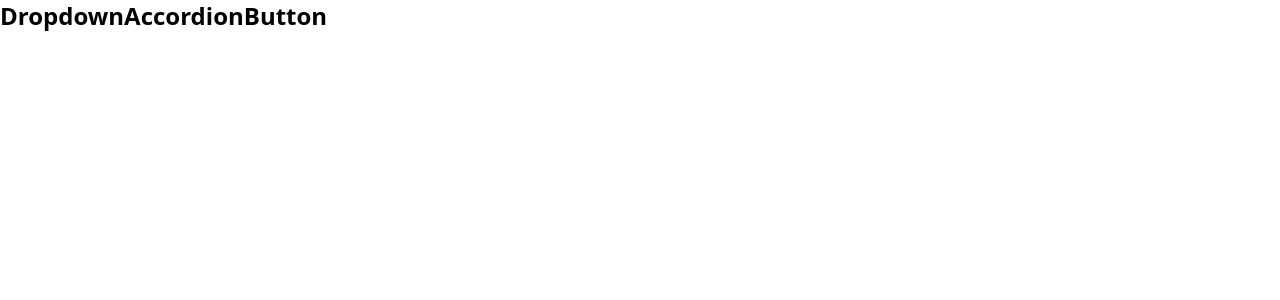
Repository: Marhamat92/reactroutefromstephen
Page: /
The author's editor kept a copy of each file at every save. The page is drawn from the files as they stood at one save, then again after the next save.
The browser window is 1280 px wide. The pictures show the whole page.
The project was rebuilt for these pictures with package versions that can differ from the ones it lists, and the page was loaded fresh each time. Also part of the build but not shown: src/App.css, src/components/Dropdowns/DropDown.tsx, src/pages/dropdown/DropdownPage.tsx, src/components/Accordion/Accordion.tsx, src/pages/accordion/AccordionPage.tsx, src/components/Buttons/Button.tsx, src/pages/buttons/ButtonPage.tsx.

Above is the page before, as saved 2022-12-24 17:24:09.

After the next save:
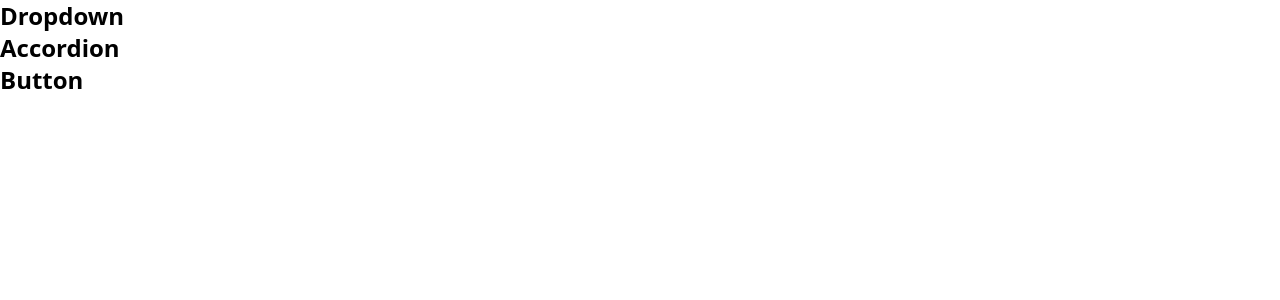
Saved 14 s later.
--- a/src/components/Link/Link.tsx
+++ b/src/components/Link/Link.tsx
@@ -18,7 +18,11 @@ function Link({ children, to }: Props) {
   };
 
   return (
-    <a className='text-2xl font-bold' href={to} onClick={handleClick}>
+    <a
+      className='text-2xl font-bold flex flex-col'
+      href={to}
+      onClick={handleClick}
+    >
       {children}
     </a>
   );
